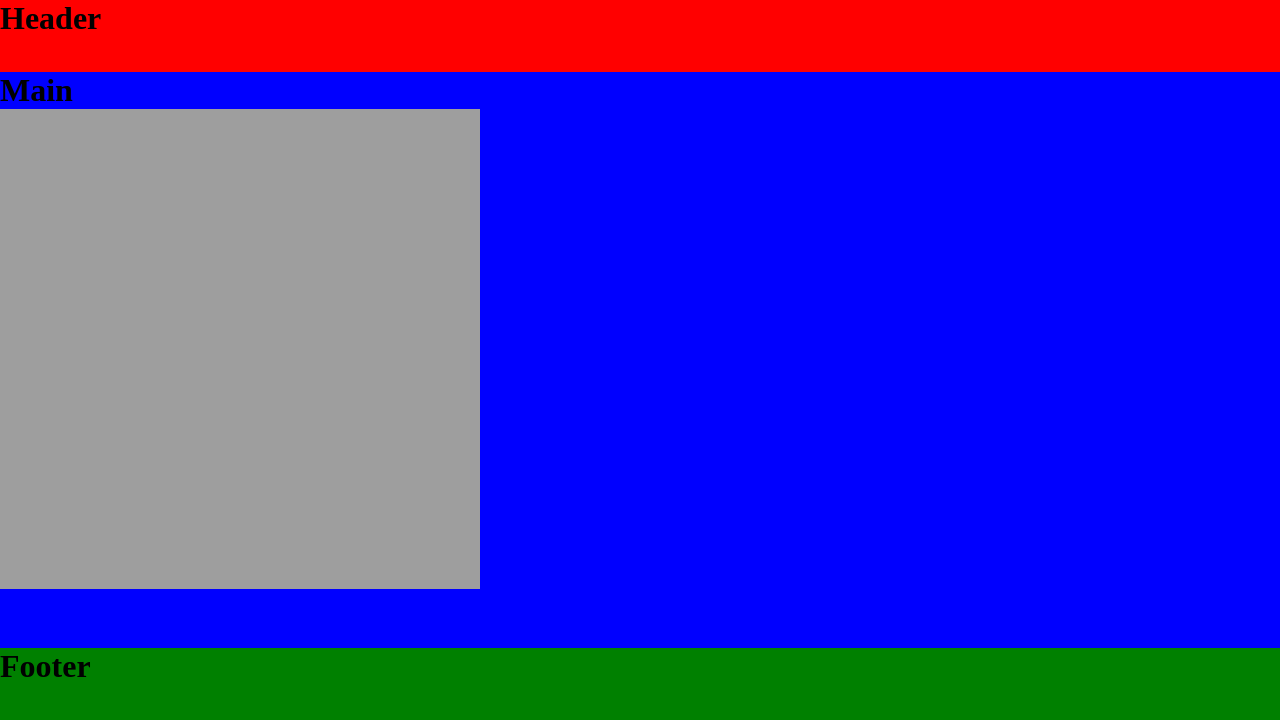
Repository: jameswilky/chess
Page: index.html
An editor plug-in stored every save of this project. The page is shown before and after the next save, followed by the edit.
The browser window is 1280 px wide. The pictures show the whole page.

Above is the page before, as saved 2018-11-22 08:36:39.

After the next save:
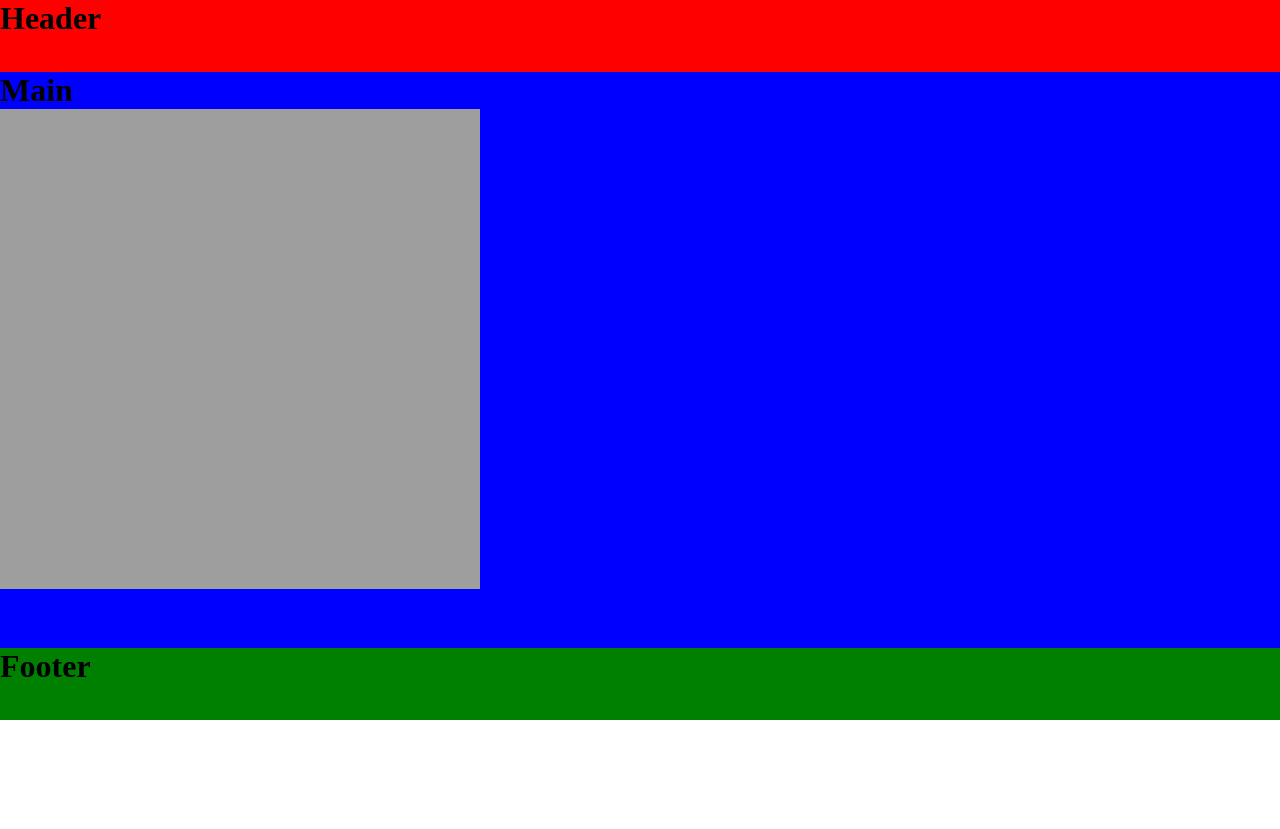
Saved 14 s later.
--- a/style.css
+++ b/style.css
@@ -14,8 +14,8 @@
 
 .game{
   position: absolute;
-  height: 480px;
-  width: 480px;
+  height: 720px;
+  width: 720px;
 }
 
 #board {
